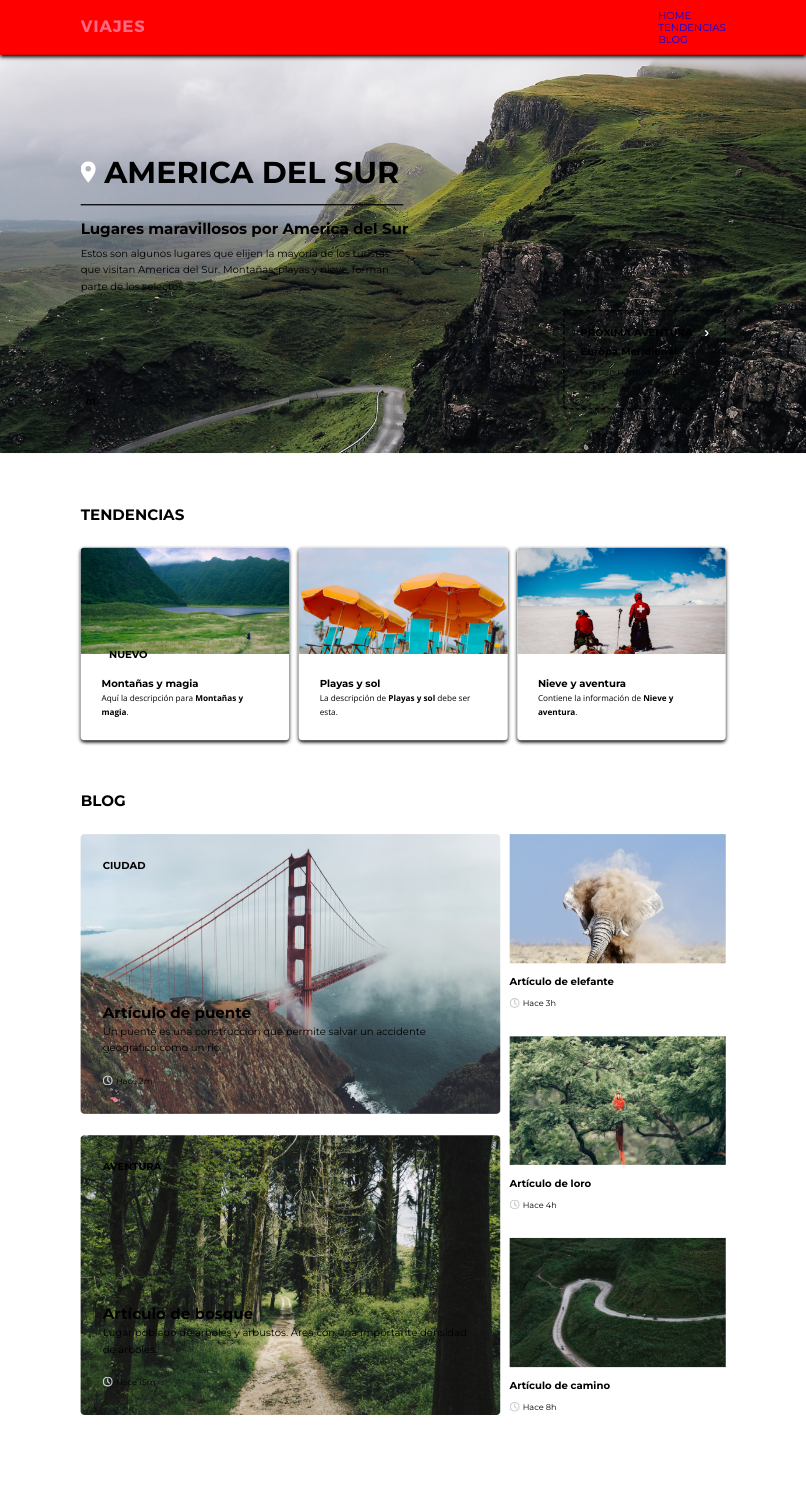
Repository: agustin-mesa/viajes
Page: /
The author's editor kept a copy of each file at every save. The page is drawn from the files as they stood at one save, then again after the next save.
The browser window is 1280 px wide. The pictures show the whole page, at 63% of full size.
The project was rebuilt for these pictures with package versions that can differ from the ones it lists, and the page was loaded fresh each time. Also part of the build but not shown: src/components/styles/colors.module.scss.

Above is the page before, as saved 2021-11-14 01:53:21.

### public/index.html
<!DOCTYPE html>
<html lang="es">
  <head>
    <meta name="author" content="Mauro Agustín Mesa" />
    <meta charset="utf-8" />
    <meta name="viewport" content="width=device-width, initial-scale=1" />
    <meta name="theme-color" content="#000000" />
    <meta
      name="description"
      content="Web site created using create-react-app"
    />
    <title>React App</title>
  </head>
  <body>
    <noscript>You need to enable JavaScript to run this app.</noscript>
    <div id="root"></div>
  </body>
</html>

### src/index.js
import React from "react";
import ReactDOM from "react-dom";
import App from "./App";
import "./index.css";

const Index = () => {
  return <App />;
};

ReactDOM.render(<Index />, document.getElementById("root"));

### src/App.js
import React from "react";
import Header from "./components/Header";
import Home from "./pages/Home";
import Tendencias from "./pages/Tendencias";
import Blog from "./pages/Blog";
import Footer from "./components/Footer";

const App = () => {
  return (
    <>
      <Header />
      <Home />
      <Tendencias />
      <Blog />
      <Footer />
    </>
  );
};

export default App;

### src/index.css
@import url("https://fonts.googleapis.com/css2?family=Montserrat:wght@100;200;300;400;500;600;700&display=swap");
@import url("https://fonts.googleapis.com/css2?family=Montserrat:wght@100;200;300;400;500;600;700&family=Open+Sans:wght@400;500;600;700&display=swap");

* {
  margin: 0;
  padding: 0;
  list-style: none;
  text-decoration: none;
  border: none;
  outline: none;
  scroll-behavior: smooth;
}

body {
  margin: 0;
  -webkit-font-smoothing: antialiased;
  -moz-osx-font-smoothing: grayscale;
  font-family: "Montserrat", "Open Sans", sans-serif;
}

code {
  font-family: source-code-pro, Menlo, Monaco, Consolas, "Courier New",
    monospace;
}

@media only screen and (max-width: 800px) {
  #root {
    font-size: 14px;
  }
}

### src/components/Header.js
import React, { useState } from "react";
import { useMediaQuery } from "react-responsive";
import styled, { keyframes } from "styled-components";

// Colors
import * as colors from "./styles/colors.module.scss";

// LOGO
import logo from "../Assets/logo/logo_01.svg";

// Iconos
import icHamburguer from "../Assets/iconos/hamburguer_menu.svg";
import icTimesExit from "../Assets/iconos/times_exit.svg";

const Header = () => {
  const [hamburguerMenu, changeHamburguerMenu] = useState(false);

  const isTabletOrMobile = useMediaQuery({ query: "(max-width: 764px)" });

  return (
    <ContainerHeader>
      <nav>
        <div className="nav__logo">
          <a href="#home">
            <img src={logo} alt="Viajes" />
          </a>
        </div>

        <div className="nav__menu">
          {isTabletOrMobile && (
            <img
              src={icHamburguer}
              alt=""
              onClick={() => changeHamburguerMenu(!hamburguerMenu)}
            />
          )}
          {hamburguerMenu && (
            <div
              className="bgAction"
              onClick={() => changeHamburguerMenu(!hamburguerMenu)}
            ></div>
          )}

          <ul
            className={
              isTabletOrMobile && `nav__list ${!hamburguerMenu && "off"}`
            }
          >
            {isTabletOrMobile && (
              <li>
                <img
                  src={icTimesExit}
                  alt=""
                  onClick={() => changeHamburguerMenu(!hamburguerMenu)}
                />
              </li>
            )}

            <li>
              <a href="#home">HOME</a>
            </li>
            <li>
              <a href="#tendencias">TENDENCIAS</a>
            </li>
            <li>
              <a href="#blog">BLOG</a>
            </li>
          </ul>
        </div>
      </nav>
    </ContainerHeader>
  );
};

const showMenu = keyframes`
  0%{
    opacity: 0;
  }
  100%{
    opacity:1;
  }
`;

const ContainerHeader = styled.header`
  position: fixed;
  top: 0;
  left: 0;
  right: 0;
  z-index: 999;
  background: red;
  background: ${colors.white};
  box-shadow: 0px 3px 6px ${colors.blackOpac};
  nav {
    display: flex;
    flex-direction: row;
    justify-content: space-between;
    align-items: center;
    padding: 15px 10%;
  }
  .header__logo a img {
    width: 100px;
  }
  .nav__list {
    display: flex;
    flex-direction: row;
    justify-content: flex-end;
    align-items: center;
  }
  .nav__list li a {
    padding: 15px 15px;
    font: normal normal normal 1.125em/13px Montserrat;
    color: ${colors.blueRelax};
    transition: all 0.2s ease;
  }
  .nav__list li a:hover {
    color: ${colors.darkblue};
  }
  .nav__list li:last-child a {
    padding: 15px 0 15px 15px;
  }

  @media only screen and (max-width: 768px) {
    nav .nav__logo a img {
      width: 80px;
    }
    .nav__menu img {
      display: flex;
      z-index: 999;
      animation: ${showMenu} 0.5s ease;
    }
    .nav__menu .bgAction {
      position: fixed;
      top: 0;
      bottom: 0;
      left: 0;
      right: 0;
      background: ${colors.darkblueOpac};
      animation: ${showMenu} 0.5s ease;
    }
    .nav__list {
      position: fixed;
      top: 0;
      bottom: 0;
      right: 0;
      width: 60%;
      background: ${colors.white};
      flex-direction: column;
      justify-content: flex-start;
      animation: ${showMenu} 0.5s ease;
      align-items: flex-start;
    }
    .nav__list li {
      padding: 10px;
      width: 100%;
    }
    .nav__list li a {
      padding: 10px;
    }
    .nav__list li:first-child {
      background: red;
      display: flex;
      align-items: center;
      justify-content: flex-end;
      padding: 15px 0 35px 0;
    }
    .nav__list li:first-child img {
      padding: 0 40px 0 0;
    }
    .nav__list li:last-child a {
      padding: 10px;
    }
    .off {
      display: none;
    }
  }
`;

export default Header;

### src/pages/Home.js
import React from "react";
import styled from "styled-components";

import * as colors from "../components/styles/colors.module.scss";

// IMG
import viajesHero from "../Assets/img/Viajes_Hero.jpg";
import icPin from "../Assets/iconos/ic_pin.svg";
import icArrow from "../Assets/iconos/arrow.svg";

// Importo etiquetas default con estilos propios
import { Parrafo, Span, H3, H5 } from "../components/styles/stylesDefault";

const Home = () => {
  return (
    <ContainerHome id="home">
      <HeroWrapper>
        <div className="hero__title">
          <h1>
            <img src={icPin} alt="Pin" /> AMERICA DEL SUR
          </h1>
          <hr />
          <H3 color="white">Lugares maravillosos por America del Sur</H3>
          <Parrafo>
            Estos son algunos lugares que elijen la mayoría de los turistas que
            visitan America del Sur. Montañas, playas y nieve, forman parte de
            los selectos.
          </Parrafo>
        </div>
        <div className="hero__info">
          <H5>
            PRÓXIMA AVENTURA <img src={icArrow} alt="Arrow" />
          </H5>
          <Span color="white">Europa Meridional</Span>
          <p>
            Forman parte veinte países. <br />
            ej. España, Francia, etc.
          </p>
        </div>
      </HeroWrapper>
      <div className="slider">
        <span>01</span>
      </div>
    </ContainerHome>
  );
};

const ContainerHome = styled.div`
  width: 100%;
  height: 100vh;
  background-image: url(${viajesHero});
  background-size: cover;
  background-position: center;

  .slider {
    position: absolute;
    width: 13%;
    bottom: 60px;
    display: flex;
    align-items: center;
    justify-content: flex-end;
    z-index: 1;
    span {
      display: flex;
      align-items: center;
      justify-content: center;
      width: 45px;
      height: 45px;
      background: ${colors.white};
      border-radius: 50px;
      font: normal normal bold 0.875em/22px Montserrat;
    }
    span::after {
      content: "";
      position: absolute;
      width: 70px;
      height: 70px;
      background: ${colors.whiteOpac};
      border-radius: 50px;
      z-index: -2;
    }
    span::before {
      content: "";
      position: absolute;
      left: 0;
      width: 100%;
      height: 5px;
      background: ${colors.pink};
      z-index: -1;
    }
  }
  @media only screen and (max-width: 920px) {
    .slider {
      width: 20%;
    }
  }
  @media only screen and (max-width: 480px) {
    .slider span {
      width: 35px;
      height: 35px;
    }
    .slider span::after {
      width: 50px;
      height: 50px;
    }
  }
`;

const HeroWrapper = styled.div`
  position: absolute;
  top: 0;
  bottom: 0;
  left: 10%;
  right: 10%;
  display: flex;
  align-items: center;

  .hero__title {
    display: flex;
    align-items: flex-start;
    justify-content: center;
    flex-direction: column;
    color: ${colors.white};

    h1 {
      font: normal normal bold 3em/42px Montserrat;
    }
    hr {
      width: 50%;
      border-bottom: 2px solid ${colors.white};
      margin: 30px 0 20px;
      background: ${colors.white};
    }
  }

  .hero__info {
    position: absolute;
    right: 0;
    bottom: 70px;
    background: ${colors.darkblueOpac} 0% 0% no-repeat padding-box;
    border: 2px dashed ${colors.whiteOpac};
    border-radius: 6px;
    padding: 25px;

    p {
      font: normal normal 300 0.875em/22px Montserrat;
      color: ${colors.white};
      margin: 10px 0 0;
    }
  }

  @media only screen and (max-width: 800px) {
    .hero__info {
      display: none;
    }
    .hero__title p {
      width: 80%;
    }
    .hero__title hr {
      width: 85%;
    }
  }
  @media only screen and (max-width: 650px) {
    .hero__info,
    .hero__title p {
      display: none;
    }
    .hero__title hr {
      width: 85%;
    }
  }
  @media only screen and (max-width: 580px) {
    .hero__title h1 {
      font: normal normal bold 1.7em/42px Montserrat;
    }
    .hero__title h1 img {
      width: 12px;
    }
    .hero__title h3 {
      font: normal normal bold 1.4em/34px Montserrat;
    }
    .hero__title hr {
      width: 100%;
      margin: 15px 0 20px;
    }
  }
`;

export default Home;

### src/pages/Tendencias.js
import React from "react";
import styled from "styled-components";

// Colors
import * as colors from "../components/styles/colors.module.scss";

// IMG
import card01 from "../Assets/img/card_01.png";
import card02 from "../Assets/img/card_02.png";
import card03 from "../Assets/img/card_03.png";

// Importo etiquetas default con estilos propios
import { H3 } from "../components/styles/stylesDefault";

// Components
import TendenciaItem from "../components/TendenciaItem";

const Tendencias = () => {
  // Simulo una base de datos para luego imprimir cada CARD.
  // Aunque también se podría hacer manualmente usando el componente
  // TendenciaItem y usar sus props, pero la manera más eficiente es el de
  // simular una base de datos; tranquilamente se muestra cada CARD con tan solo
  // agregar un objeto más dentro del array.
  const tendencias = [
    {
      src: card01,
      isNew: true,
      titulo: "Montañas y magia",
      descripcion: (
        <>
          Aquí la descripción para <b>Montañas y magia</b>.
        </>
      ),
    },
    {
      src: card02,
      isNew: false,
      titulo: "Playas y sol",
      descripcion: (
        <>
          La descripción de <b>Playas y sol</b> debe ser esta.
        </>
      ),
    },
    {
      src: card03,
      isNew: false,
      titulo: "Nieve y aventura",
      descripcion: (
        <>
          Contiene la información de <b>Nieve y aventura</b>.
        </>
      ),
    },
  ];

  return (
    <ContainerTendencias id="tendencias">
      <div className="tendencias">
        <div className="tendencias__header">
          <H3 color="darkblue">TENDENCIAS</H3>
        </div>
        <div className="tendencias__body">
          {tendencias.map((tendencia, i) => {
            return (
              <TendenciaItem
                src={tendencia.src}
                nuevo={tendencia.isNew}
                titulo={tendencia.titulo}
                descripcion={tendencia.descripcion}
                key={i}
              />
            );
          })}
        </div>
      </div>
    </ContainerTendencias>
  );
};

const ContainerTendencias = styled.section`
  padding: 80px 10%;
  background: ${colors.grey};

  .tendencias__body {
    display: grid;
    grid-template-columns: repeat(3, 1fr);
    grid-template-rows: auto;
    row-gap: 40px;
    -moz-column-gap: 15px;
    column-gap: 15px;

    margin: 35px 0 0;

    div:last-child {
      margin: 0;
    }
  }
  .tendencias__header {
    width: 100%;
  }

  @media only screen and (max-width: 800px) {
    .tendencias__body {
      grid-template-columns: repeat(2, 1fr);
      .tendencia-item:nth-child(3) {
        display: none;
      }
    }
  }
  @media only screen and (max-width: 600px) {
    .tendencias__body {
      grid-template-columns: repeat(1, 1fr);
      .tendencia-item:nth-child(2) {
        display: none;
      }
    }
  }
`;

export default Tendencias;

### src/pages/Blog.js
import React from "react";
import styled from "styled-components";

// Colors
import * as colors from "../components/styles/colors.module.scss";

// IMG
import artBig01 from "../Assets/img/articulo_big_01.png";
import artBig02 from "../Assets/img/articulo_big_02.png";
import artSmall01 from "../Assets/img/articulo_small_01.png";
import artSmall02 from "../Assets/img/articulo_small_02.png";
import artSmall03 from "../Assets/img/articulo_small_03.png";

// Importo etiquetas default con estilos propios
import { H3 } from "../components/styles/stylesDefault";

// Components
import BigNewItem from "../components/BigNewItem";
import SmallNewItem from "../components/SmallNewItem";

const Blog = () => {
  const articulosBig = [
    {
      src: artBig01,
      tipo: "CIUDAD",
      titulo: "Artículo de puente",
      descripcion:
        "Un puente es una construcción que permite salvar un accidente geográfico como un río.",
      time: "2m",
    },
    {
      src: artBig02,
      tipo: "AVENTURA",
      titulo: "Artículo de bosque",
      descripcion:
        "Lugar poblado de árboles y arbustos. Área con una importante densidad de árboles.",
      time: "15m",
    },
  ];

  const articulosSmall = [
    {
      src: artSmall01,
      titulo: "Artículo de elefante",
      time: "3h",
    },
    {
      src: artSmall02,
      titulo: "Artículo de loro",
      time: "4h",
    },
    {
      src: artSmall03,
      titulo: "Artículo de camino",
      time: "8h",
    },
  ];

  return (
    <ContainerBlog id="blog">
      <div className="blog__header">
        <H3 color="darkblue">BLOG</H3>
      </div>
      <div className="blog__body">
        <div className="body__article">
          {articulosBig.map((articulo, i) => {
            return (
              <BigNewItem
                src={articulo.src}
                tipo={articulo.tipo}
                titulo={articulo.titulo}
                descripcion={articulo.descripcion}
                time={articulo.time}
                key={i}
              />
            );
          })}
        </div>
        <div className="body__article2">
          {articulosSmall.map((articulo, i) => {
            return (
              <SmallNewItem
                src={articulo.src}
                titulo={articulo.titulo}
                time={articulo.time}
                key={i}
              />
            );
          })}
        </div>
      </div>
    </ContainerBlog>
  );
};

const ContainerBlog = styled.section`
  position: relative;
  padding: 0 10% 40px;
  background: linear-gradient(180deg, ${colors.grey} 20%, ${colors.white} 0%);

  .blog__body {
    display: grid;
    grid-template-columns: 65% 1fr;
    grid-template-rows: auto;
    row-gap: 40px;
    -moz-column-gap: 15px;
    column-gap: 15px;
    margin: 35px 0 0;
  }
  .body__article {
    display: flex;
    flex-direction: column;
    width: 100%;
  }
  .body__article2 {
    display: grid;
    grid-template-rows: auto 1fr;
    row-gap: 40px;
  }
  article:last-child {
    margin: 0;
  }
  @media only screen and (max-width: 800px) {
    .blog__header {
      padding: 0 10%;
    }
    .blog__body {
      grid-template-columns: repeat(1, 1fr);
    }
    .body__article2 {
      display: none;
    }
  }
  @media only screen and (max-width: 600px) {
    & {
      padding: 0 0 60px;
    }
    .body__article {
      overflow: hidden;
    }
    .body__article article {
      overflow: hidden;
      height: 430px;
      display: flex;
      justify-content: center;
    }
  }
`;

export default Blog;

### src/components/Footer.js
import React from "react";
import styled from "styled-components";

// Colors
import * as colors from "../components/styles/colors.module.scss";

// IMG
import logo from "../Assets/logo/logo_02.svg";
import icFacebook from "../Assets/iconos/facebook.svg";
import icInstagram from "../Assets/iconos/instagram.svg";

const Footer = () => {
  return (
    <ContainerFooter>
      <div>
        <img src={logo} alt="Viajes" />
      </div>
      <div className="redes">
        <img src={icInstagram} alt="Instagram" />
        <img src={icFacebook} alt="Facebook" />
      </div>
    </ContainerFooter>
  );
};

const ContainerFooter = styled.footer`
  background: ${colors.darkblue};
  padding: 40px 10%;
  display: flex;
  align-items: center;
  justify-content: space-between;

  .redes img:first-child {
    margin: 0 20px;
  }
  @media only screen and (max-width: 600px) {
    & {
      padding: 30px 10%;
    }
  }
`;

export default Footer;

### src/components/styles/stylesDefault.js
import styled from "styled-components";

// Colors
import * as colors from "./colors.module.scss";

const Parrafo = styled.p`
  margin: 10px 0 0;
  font: normal normal normal 1em/26px Montserrat;
  width: 50%;
  color: ${colors.white};
`;

const H3 = styled.h3`
  font: normal normal bold 1.5em/34px Montserrat;
  color: ${(props) => {
    if (props.color === "white") return colors.white;
    if (props.color === "darkblue") return colors.darkblue;
  }};
`;

const H5 = styled.h5`
  font: normal normal bold 1em/20px Montserrat;
  color: ${colors.pink};
  margin: 0 0 10px;
  img {
    margin: 0 0 0 15px;
  }
`;

const Span = styled.span`
  font: normal normal bold 1em/20px Montserrat;
  color: ${(props) => {
    if (props.color === "white") return colors.white;
    if (props.color === "darkblue") return colors.darkblue;
  }};
`;

export { Parrafo, Span, H3, H5 };

### src/components/TendenciaItem.js
import React from "react";
import styled from "styled-components";

// Colors
import * as colors from "./styles/colors.module.scss";

import { Span } from "./styles/stylesDefault";

const TendenciaItem = ({ src, nuevo, titulo, descripcion }) => {
  return (
    <TenItem className="tendencia-item">
      <div className="tendencia-item__img">
        <img src={src} alt={titulo} />
      </div>
      <div className="tendencia-item__new">{nuevo && <span>NUEVO</span>}</div>
      <div className="tendencia-item__descrip">
        <Span color="darkblue">{titulo}</Span>
        <p>{descripcion}</p>
      </div>
    </TenItem>
  );
};

const TenItem = styled.div`
  background: ${colors.white} 0% 0% no-repeat padding-box;
  box-shadow: 0px 3px 6px ${colors.blackOpac};
  border-radius: 6px;
  margin: 0 16px 0 0;
  width: 100%;
  overflow: hidden;

  .tendencia-item__img img {
    width: 100%;
  }
  .tendencia-item__new {
    width: 100%;
    position: relative;
    span {
      position: absolute;
      top: -20px;
      left: 35px;
      background: ${colors.pink};
      border-radius: 6px;
      padding: 10px;
      font: normal normal bold 1em/13px Montserrat;
      color: ${colors.white};
    }
  }
  .tendencia-item__descrip {
    padding: 10%;
    p {
      font: normal normal normal 0.8125em/23px Open Sans;
      color: ${colors.greyBlue};
    }
  }
`;

export default TendenciaItem;

### src/components/BigNewItem.js
import React from "react";
import styled from "styled-components";

// Importo etiquetas default con estilos propios
import { Span, H3, Parrafo } from "../components/styles/stylesDefault";
import Time from "./Time";

const BigNewItem = ({ src, tipo, titulo, descripcion, time }) => {
  return (
    <NewItemBig>
      <img className="img__bg" src={src} alt={titulo} />
      <div className="newItem__info">
        <div className="info__header">
          <Span color="white">{tipo}</Span>
        </div>
        <div className="info__body">
          <H3 color="white">{titulo}</H3>
          <Parrafo>{descripcion}</Parrafo>
          <Time time={time} />
        </div>
      </div>
    </NewItemBig>
  );
};

const NewItemBig = styled.article`
  position: relative;
  border-radius: 6px;
  width: 100%;
  height: 100%;
  margin: 0 0 5%;

  .img__bg {
    width: 100%;
    max-width: 850px;
    height: 100%;
  }
  .newItem__info {
    position: absolute;
    top: 40px;
    left: 35px;
    right: 35px;
    bottom: 40px;
    display: flex;
    flex-direction: column;
    justify-content: space-between;
  }
  .info__body p {
    width: 100%;
    margin: 0 0 25px;
  }

  @media only screen and (max-width: 600px) {
    .img__bg {
      width: auto;
    }
  }

  @media only screen and (max-width: 530px) {
    .info__body p {
      display: none;
    }
  }
`;

export default BigNewItem;

### src/components/SmallNewItem.js
import React from "react";
import styled from "styled-components";

// Importo etiquetas default con estilos propios
import { Span } from "../components/styles/stylesDefault";

// Components
import Time from "./Time";

const SmallNewItem = ({ src, titulo, time }) => {
  return (
    <NewItemSmall>
      <img className="img__bg" src={src} alt={titulo} />
      <Span className="titulo" color="darkblue">
        {titulo}
      </Span>
      <Time time={time} />
    </NewItemSmall>
  );
};

const NewItemSmall = styled.article`
  display: flex;
  align-items: start;
  justify-content: center;
  flex-direction: column;
  span.titulo {
    margin: 20px 0 10px;
  }
  .img__bg {
    width: 100%;
  }
`;

export default SmallNewItem;

### src/components/Time.js
import React from "react";
import styled from "styled-components";

// Colors
import * as colors from "./styles/colors.module.scss";

// IMG
import icTime from "../Assets/iconos/time.svg";

const Time = ({ time }) => {
  return (
    <Timer>
      <img src={icTime} alt="Time" /> Hace {time}
    </Timer>
  );
};

const Timer = styled.span`
  display: flex;
  align-items: center;
  font: normal normal normal 0.8125em/26px Montserrat;
  color: ${colors.blueRelax};
  img {
    margin: 0 5px 0 0;
  }
`;
export default Time;

After the next save:
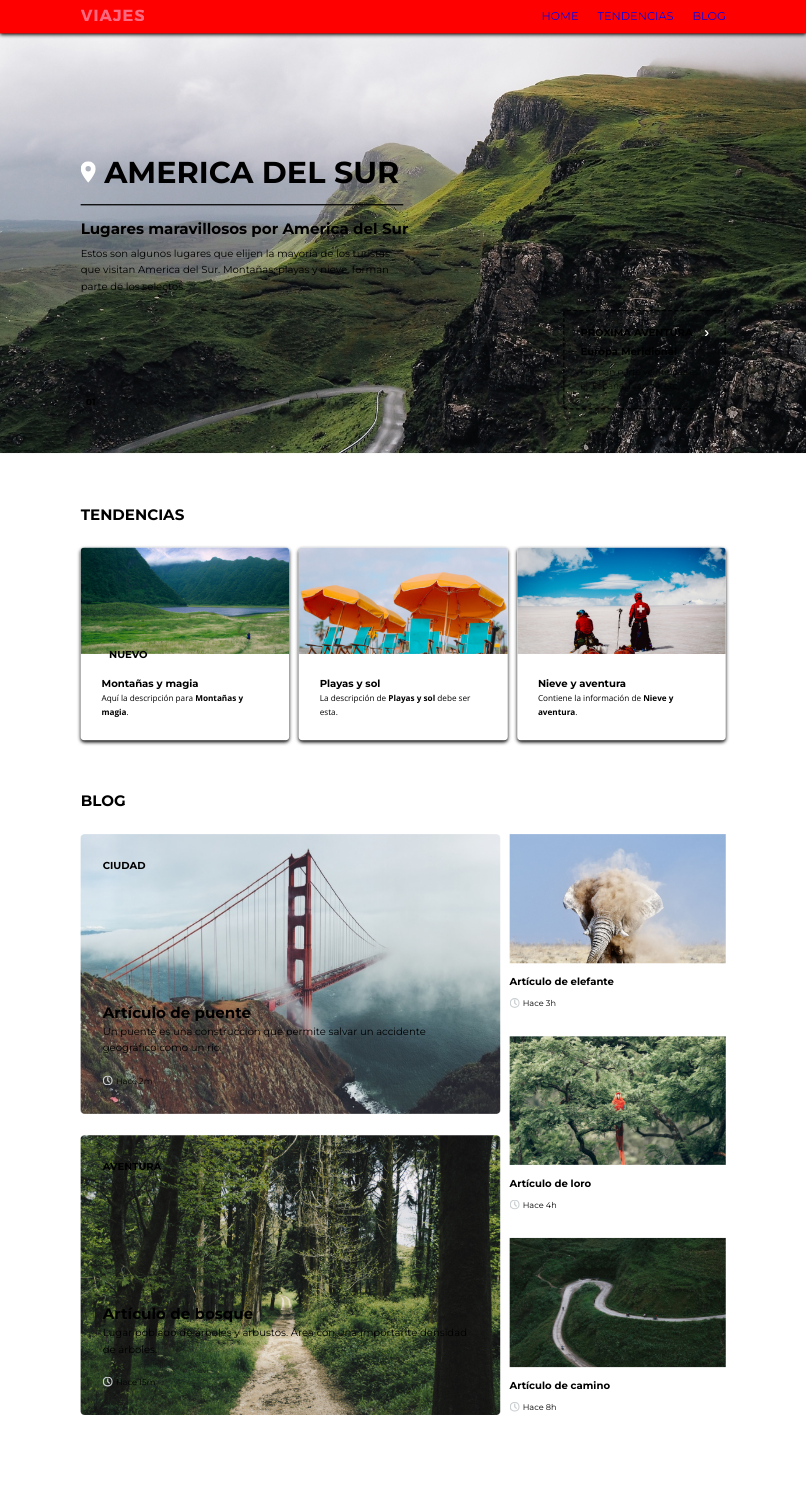
Saved 2 min 32 s later.
--- a/src/components/Header.js
+++ b/src/components/Header.js
@@ -41,11 +41,7 @@ const Header = () => {
             ></div>
           )}
 
-          <ul
-            className={
-              isTabletOrMobile && `nav__list ${!hamburguerMenu && "off"}`
-            }
-          >
+          <ul className={`nav__list`}>
             {isTabletOrMobile && (
               <li>
                 <img
